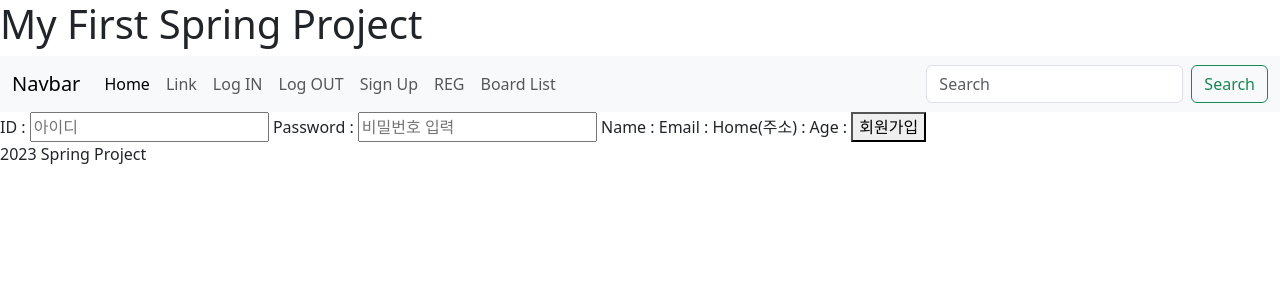
Repository: gatsby5959/_springTest
Page: http://localhost/spring-Test/WEB-INF/views/member/signup.jsp
The author's editor kept a copy of each file at every save. The page is drawn from the files as they stood at one save, then again after the next save.
The browser window is 1280 px wide. The pictures show the whole page.
The page is served by Tomcat 9. Nobody is signed in. Other server files are loaded and not shown. The template is opened directly, without the code that normally fills it, so the values that code supplies are empty.

Above is the page before, as saved 2023-10-06 07:05:25.

### spring-Test/src/main/webapp/WEB-INF/views/member/signup.jsp
<%@ page language="java" contentType="text/html; charset=UTF-8"
    pageEncoding="UTF-8"%>
<%@ taglib uri="http://java.sun.com/jsp/jstl/core" prefix="c" %>
<!DOCTYPE html>
<html>
<head>
<meta charset="UTF-8">
<title>회원가입 페이지</title>
</head>
<body>
<jsp:include page="../layout/header.jsp"></jsp:include>
<form action="/member/signup" method = "post">
ID : <input type="text" name = "id" placeholder="아이디">
Password : <input type="password" name = "pw" placeholder="비밀번호 입력">
Name :
Email :
Home(주소) :
Age :
<button type = "submit">회원가입</button>
</form>

<jsp:include page="../layout/footer.jsp"></jsp:include>
</body>
</html>

### spring-Test/src/main/webapp/WEB-INF/views/layout/header.jsp
<%@ page language="java" contentType="text/html; charset=UTF-8"
    pageEncoding="UTF-8"%>
<%@ taglib uri="http://java.sun.com/jsp/jstl/core" prefix="c" %>
<!DOCTYPE html>
<html>
<head>
<meta charset="UTF-8">
<link href="https://cdn.jsdelivr.net/npm/bootstrap@5.3.1/dist/css/bootstrap.min.css" rel="stylesheet" integrity="sha384-4bw+/aepP/YC94hEpVNVgiZdgIC5+VKNBQNGCHeKRQN+PtmoHDEXuppvnDJzQIu9" crossorigin="anonymous">
<script src="https://cdn.jsdelivr.net/npm/bootstrap@5.3.1/dist/js/bootstrap.bundle.min.js" integrity="sha384-HwwvtgBNo3bZJJLYd8oVXjrBZt8cqVSpeBNS5n7C8IVInixGAoxmnlMuBnhbgrkm" crossorigin="anonymous"></script>
<title>Insert title here</title>

</head>
<body>
<h1> My First Spring Project </h1>

<nav class="navbar navbar-expand-lg bg-body-tertiary">
  <div class="container-fluid">
    <a class="navbar-brand" href="#">Navbar</a>
    <button class="navbar-toggler" type="button" data-bs-toggle="collapse" data-bs-target="#navbarSupportedContent" aria-controls="navbarSupportedContent" aria-expanded="false" aria-label="Toggle navigation">
      <span class="navbar-toggler-icon"></span>
    </button>
    <div class="collapse navbar-collapse" id="navbarSupportedContent">
      <ul class="navbar-nav me-auto mb-2 mb-lg-0">
        <li class="nav-item">
          <a class="nav-link active" aria-current="page" href="#">Home</a>
        </li>
        <li class="nav-item">
          <a class="nav-link" href="#">Link</a>
        </li>
<!--         <li class="nav-item dropdown"> -->
<!--           <a class="nav-link dropdown-toggle" href="#" role="button" data-bs-toggle="dropdown" aria-expanded="false"> -->
<!--             Dropdown -->
<!--           </a> -->
<!--           <ul class="dropdown-menu"> -->
<!--             <li><a class="dropdown-item" href="#">Action</a></li> -->
<!--             <li><a class="dropdown-item" href="#">Another action</a></li> -->
<!--             <li><hr class="dropdown-divider"></li> -->
<!--             <li><a class="dropdown-item" href="#">Something else here</a></li> -->
<!--           </ul> -->
<!--         </li> -->
        <li class="nav-item">
          <a class="nav-link" href="#">Log IN</a>
        </li>
        <li class="nav-item">
          <a class="nav-link" href="#">Log OUT</a>
        </li>
        <li class="nav-item">
          <a class="nav-link" href="#">Sign Up</a>
        </li>
        <li class="nav-item">
          <a class="nav-link" href="/board/register">REG</a> <!-- 컨트롤러board의 register로 가라 -->
        </li>
        <li class="nav-item">
          <a class="nav-link" href="/board/list">Board List</a>
        </li>
      </ul>
      <form class="d-flex" role="search">
        <input class="form-control me-2" type="search" placeholder="Search" aria-label="Search">
        <button class="btn btn-outline-success" type="submit">Search</button>
      </form>
    </div>
  </div>
</nav>

### spring-Test/src/main/webapp/WEB-INF/views/layout/footer.jsp
<%@ page language="java" contentType="text/html; charset=UTF-8"
    pageEncoding="UTF-8"%>

<div>
2023 Spring Project
</div>
</body>
</html>

After the next save:
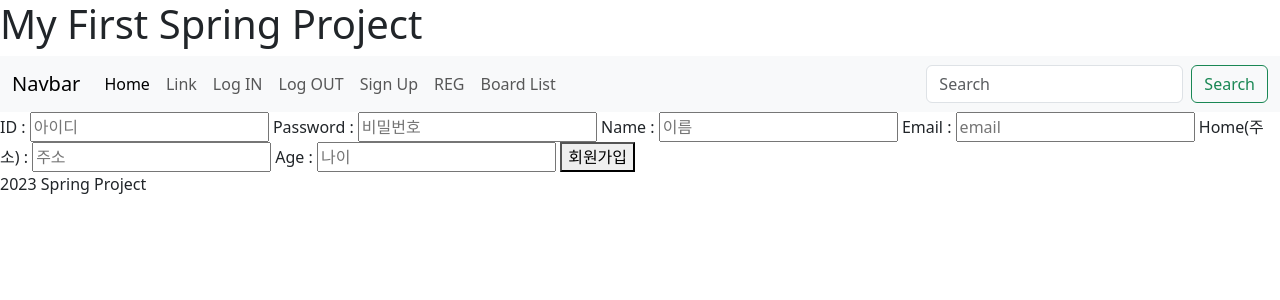
Saved 2 min 2 s later.
--- a/spring-Test/src/main/webapp/WEB-INF/views/member/signup.jsp
+++ b/spring-Test/src/main/webapp/WEB-INF/views/member/signup.jsp
@@ -11,11 +11,11 @@
 <jsp:include page="../layout/header.jsp"></jsp:include>
 <form action="/member/signup" method = "post">
 ID : <input type="text" name = "id" placeholder="아이디">
-Password : <input type="password" name = "pw" placeholder="비밀번호 입력">
-Name :
-Email :
-Home(주소) :
-Age :
+Password : <input type="password" name = "pw" placeholder="비밀번호">
+Name :   <input type="text" name = "name" placeholder="이름">
+Email :  <input type="email" name = "email" placeholder="email">
+Home(주소) :  <input type="text" name = "home" placeholder="주소">
+Age :  <input type="text" name = "age" placeholder="나이">
 <button type = "submit">회원가입</button>
 </form>
 
